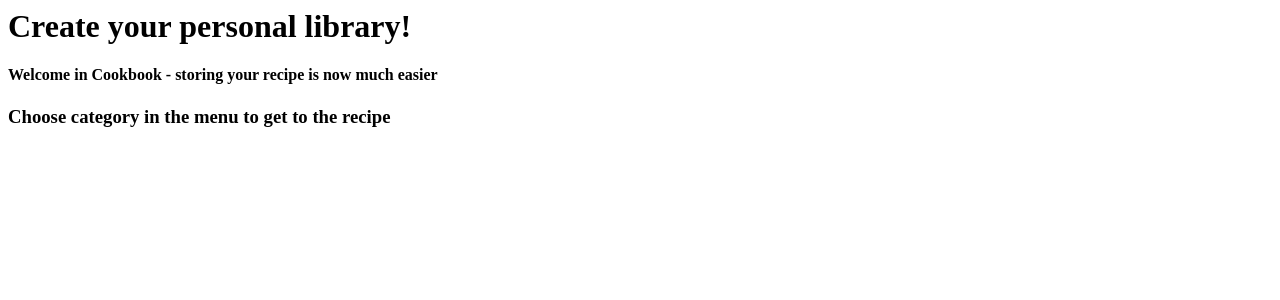
Repository: joannapl/LibraryOnline
Page: templates/home.html
The author's editor kept a record of every edit. The page is drawn from the files as they stood at one moment, then again after the next edit.
The browser window is 1280 px wide. The pictures show the whole page.

Above is the page before.

After the next edit:
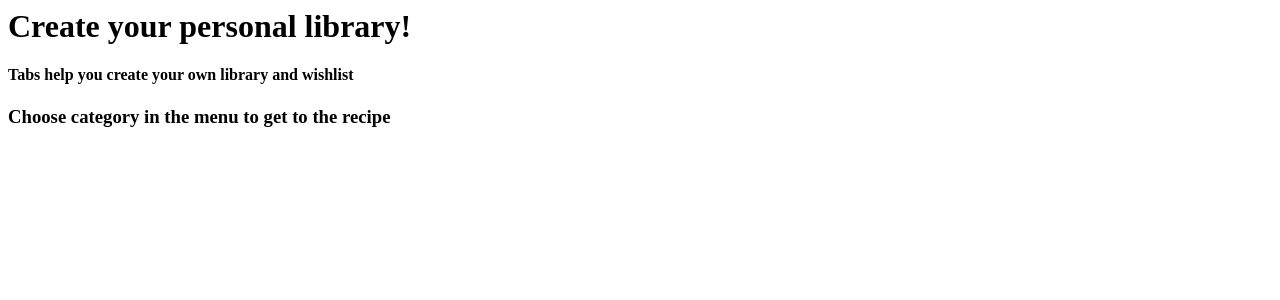
The edit:
--- a/templates/home.html
+++ b/templates/home.html
@@ -4,7 +4,7 @@
         <h3 class="smallLogoSubPage"></h3>
     </div>
     <div class="page-header">
-        <h4><span class="glyphicon glyphicon-tag" class="welcomeDiv"></span> Welcome in <b>Cookbook</b> - storing your recipe is now much easier</h4>
+        <h4><span class="glyphicon glyphicon-tag" class="welcomeDiv"></span>Tabs help you create your own library and wishlist</h4>
     </div>
     <div class="jumbotron" id="addDiv">
         <h3>Choose category in the menu to get to the recipe</h3>
